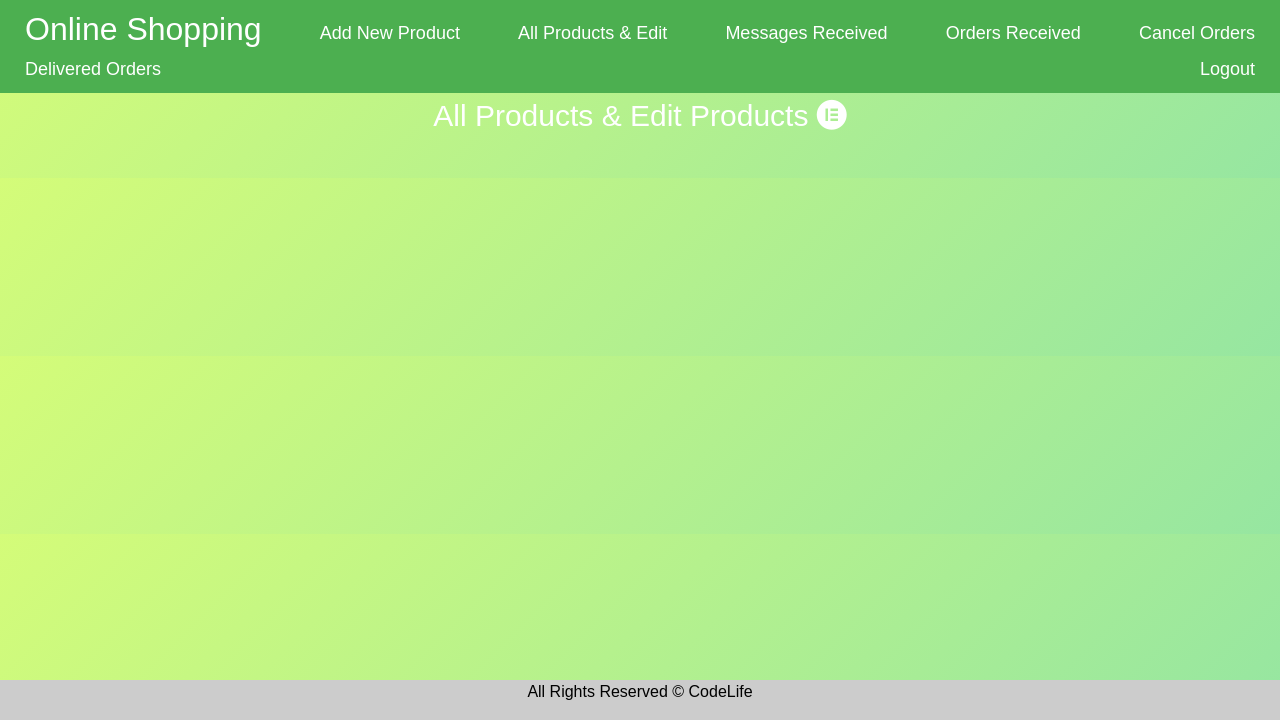
Repository: Dineshbabu290904/DigiMart
Page: http://localhost/DigiMart/admin/allProductEditProduct.jsp
The author's editor kept a copy of each file at every save. The page is drawn from the files as they stood at one save, then again after the next save.
The browser window is 1280 px wide. The pictures show the whole page.
Some web libraries are served in a nearby version. The page is served by Tomcat 9. Other server files are loaded and not shown. Queries for data that is not in the repository find no rows.

Above is the page before, as saved 2024-10-16 16:15:39.

### DigiMart/src/main/webapp/admin/allProductEditProduct.jsp
<%@ page import="com.digimart.project.ConnectionProvider" %>
<%@ page import="java.sql.*" %>
<%@ include file="adminHeader.jsp" %>
<%@ page import="java.util.Base64" %>

<!DOCTYPE html PUBLIC "-//W3C//DTD HTML 4.01 Transitional//EN" "http://www.w3.org/TR/html4/loose.dtd">
<html>
<head>
<meta http-equiv="Content-Type" content="text/html; charset=ISO-8859-1">
<title>Home</title>
<style>
    body {
        font-family: Arial, sans-serif;
        background-color: #333;
        color: white;
    }

    h3 {
        color: yellow;
        text-align: center;
    }

    .container {
        display: flex;
        flex-wrap: wrap;
        justify-content: center;
        gap: 20px;
        padding: 20px;
    }

    .card {
        background-color: #444;
        border-radius: 10px;
        box-shadow: 0 4px 8px rgba(0, 0, 0, 0.2);
        width: 300px;
        padding: 20px;
        text-align: center;
        transition: transform 0.3s;
    }

    .card:hover {
        transform: scale(1.05);
    }

    .card img {
        width: 100%;
        height: auto;
        border-radius: 5px;
    }

    .card h4 {
        color: #FFD700;
    }

    .card p {
        color: #ccc;
        margin: 10px 0;
    }

    .edit-btn {
        background-color: #28a745;
        color: white;
        padding: 10px 15px;
        border: none;
        border-radius: 5px;
        text-decoration: none;
        display: inline-block;
        transition: background-color 0.3s;
    }

    .edit-btn:hover {
        background-color: #218838;
    }

    .price {
        font-size: 20px;
        color: #FFD700;
    }

    .msg {
        text-align: center;
        margin: 20px;
    }
</style>
</head>
<body>
<div style="color: white; text-align: center; font-size: 30px;">All Products & Edit Products <i class='fab fa-elementor'></i></div>

<% String msg = request.getParameter("msg"); %>
<% if (msg != null) { %>
    <h3 class="alert" style="color: <%=(msg.equals("done") ? "green" : "red")%>;">
        <% if (msg.equals("done")) { %>
            Product Updated Successfully!
        <% } else { %>
            Something went wrong! Try Again!
        <% } %>
    </h3>
<% } %>

<div class="container">
    <%
        try {
            Connection con = ConnectionProvider.getCon();
            Statement stmt = con.createStatement();
            ResultSet rs = stmt.executeQuery("SELECT * FROM PRODUCTS");
            while (rs.next()) {
    %>
    <div class="card">
        <img src="data:[embedded picture, 72 characters]"image")) %>" alt="Product Image">
        <h4><%= rs.getString("name") %></h4>
        <p><strong>Category:</strong> <%= rs.getString("category") %></p>
        <p><strong>Description:</strong> <%= rs.getString("description") %></p>
        <p><strong>Available Quantity:</strong> <%= rs.getBigDecimal("available_qty") %> <%= rs.getString("unit") %></p>
        <p class="price"><i class="fa fa-inr"></i> <%= rs.getBigDecimal("price_per_unit") %></p>
        <p><strong>Status:</strong> <%= rs.getString("status") %></p>
        <p><strong>Date Listed:</strong> <%= rs.getTimestamp("date_listed") %></p>
        <a href="editProduct.jsp?product_id=<%= rs.getInt("product_id") %>" class="edit-btn">Edit <i class='fas fa-pen-fancy'></i></a>
        <a href="changePhoto.jsp?product_id=<%= rs.getInt("product_id") %>" class="edit-btn">Change Photo</a>
    </div>
    <%
            }
        } catch (Exception e) {
            e.printStackTrace();
        }
    %>
</div>


</body>
<%@ include file="../footer.jsp" %>
</html>

### DigiMart/src/main/webapp/admin/adminHeader.jsp
<%@page errorPage="../error.jsp" %>
<!DOCTYPE html>
<html lang="en">
<head>
    <meta charset="UTF-8">
    <meta name="viewport" content="width=device-width, initial-scale=1.0">
    <link rel="stylesheet" href="../css/home-style.css">
    <link rel="stylesheet" href="https://cdnjs.cloudflare.com/ajax/libs/font-awesome/4.7.0/css/font-awesome.min.css">
    <link rel="stylesheet" href="https://stackpath.bootstrapcdn.com/bootstrap/4.5.2/css/bootstrap.min.css">
    <script src='https://kit.fontawesome.com/a076d05399.js'></script>
    <style>
        body {
            background: linear-gradient(135deg, #d4fc79 0%, #96e6a1 100%); /* Light green gradient */
        }
        .navbar {
            background-color: #4caf50; /* Green background for navbar */
            padding: 10px; /* Padding around navbar */
        }
        .navbar a {
            color: white; /* White text for links */
            margin: 0 15px; /* Spacing between links */
            text-decoration: none; /* Remove underline */
            font-size: 18px; /* Larger font size */
        }
        .navbar a:hover {
            text-decoration: underline; /* Underline on hover */
        }
        h1 {
            color: #2c6fbb; /* Cool blue for headings */
            text-shadow: 2px 2px 4px rgba(0, 0, 0, 0.5); /* Subtle shadow for depth */
        }
    </style>
</head>
<body>
    <nav class="navbar">
        <a href="adminHome.jsp"><h2>Online Shopping</h2></a>
        <a href="addNewProduct.jsp">Add New Product</a>
        <a href="allProductEditProduct.jsp">All Products & Edit</a>
        <a href="messagesReceived.jsp">Messages Received</a>
        <a href="ordersReceived.jsp">Orders Received</a>
        <a href="cancelOrders.jsp">Cancel Orders</a>
        <a href="deliveredOrders.jsp">Delivered Orders</a>
        <a href="../logout.jsp">Logout</a>
    </nav>
</body>
</html>

### DigiMart/src/main/webapp/footer.jsp
<div class="footer">
    <p>All Rights Reserved &copy; CodeLife</p>
</div>

### DigiMart/src/main/java/com/digimart/project/ConnectionProvider.java
package com.digimart.project;

import java.sql.*;

public class ConnectionProvider {
	public static Connection getCon() {
		try {
			Class.forName("com.mysql.cj.jdbc.Driver");
			Connection con = DriverManager.getConnection("jdbc:mysql://localhost:3306/DB","root","Dinesh@2004");
			return con;
		} catch(Exception e) {
			System.out.print(e);
			return null;
		}
	}
}

### DigiMart/src/main/webapp/css/home-style.css
    body {
  font-family: "Open Sans", sans-serif;
  line-height: 1.25;
  background-color: green;
}
a
{
	text-decoration: none;
}
.sticky {
  position: -webkit-sticky;
  position: sticky;
  top: 0;
}

table {
  border: 1px solid #ccc;
  border-collapse: collapse;
  margin: 0;
  padding: 0;
  width: 100%;
  /*margin-left: 5%;*/
  table-layout: fixed;
}

table caption {
  font-size: 1.5em;
  margin: .5em 0 .75em;
}

table tr {
  background-color: #f8f8f8;
  border: 1px solid #ddd;
  padding: .35em;
}

table th,
table td {
  padding: .625em;
  text-align: center;
}

table th {
  font-size: .85em;
  letter-spacing: .1em;
  text-transform: uppercase;
}

@media screen and (max-width: 600px) {
  table {
    border: 0;
  }

  table caption {
    font-size: 1.3em;
  }

  table thead {
    border: none;
    clip: rect(0 0 0 0);
    height: 1px;
    margin: -1px;
    overflow: hidden;
    padding: 0;
    position: absolute;
    width: 1px;
  }

  table tr {
    border-bottom: 3px solid #ddd;
    display: block;
    margin-bottom: .625em;
  }

  table td {
    border-bottom: 1px solid #ddd;
    display: block;
    font-size: .8em;
    text-align: right;
  }

  table td::before {
    /*
    * aria-label has no advantage, it won't be read inside a table
    content: attr(aria-label);
    */
    content: attr(data-label);
    float: left;
    font-weight: bold;
    text-transform: uppercase;
  }

  table td:last-child {
    border-bottom: 0;
  }
}

/*Header Css*/
* {box-sizing: border-box;}

    body {
      margin: 0;
      font-family: Arial, Helvetica, sans-serif;
    }

    .topnav {
      overflow: hidden;
      background-color: #e9e9e9;
    }

    .topnav a {
      float: left;
      display: block;
      color: black;
      text-align: center;
      padding: 14px 16px;
      text-decoration: none;
      font-size: 17px;
    }

    .topnav a:hover {
      background-color: #ddd;
      color: black;
    }

    .topnav a.active {
      background-color: green;
      color: white;
    }

    .topnav .search-container {
      float: right;
    }

    .topnav input[type=text] {
      padding: 6px;
      margin-top: 8px;
      font-size: 17px;
      border: none;
    }

    .topnav .search-container button {
      float: right;
      padding: 6px 10px;
      margin-top: 8px;
      margin-right: 16px;
      background: #ddd;
      font-size: 17px;
      border: none;
      cursor: pointer;
    }

    .topnav .search-container button:hover {
      background: #ccc;
    }

    @media screen and (max-width: 600px) {
      .topnav .search-container {
        float: none;
      }
      .topnav a, .topnav input[type=text], .topnav .search-container button {
        float: none;
        display: block;
        text-align: left;
        width: 100%;
        margin: 0;
        padding: 14px;
      }
      .topnav input[type=text] {
        border: 1px solid #ccc;
      }

    }
/*footer*/
.footer {
   position: fixed;
   left: 0;
   bottom: 0;
   width: 100%;
   background-color:#ccc;
   color:black;
   text-align: center;
}

.h2222 {
  width: 100%;
  padding: 12px 20px;
  margin: 8px 0;
  box-sizing: border-box;
  border: none;
  background-color: #3CBC8D;
  color: white;
}

After the next save:
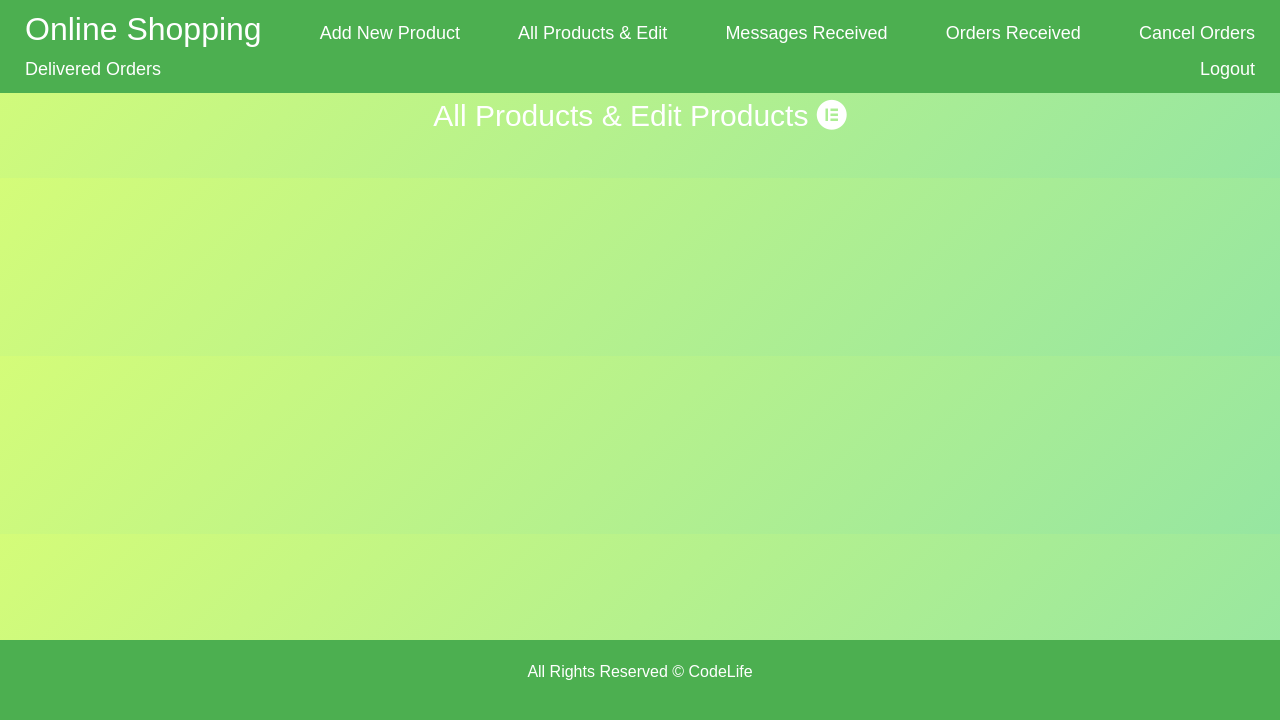
Saved 31 s later.
--- a/DigiMart/src/main/webapp/admin/allProductEditProduct.jsp
+++ b/DigiMart/src/main/webapp/admin/allProductEditProduct.jsp
@@ -81,6 +81,14 @@
         text-align: center;
         margin: 20px;
     }
+    .footer {
+	    background-color: #4caf50; /* Same green as navbar */
+	    color: white; /* White text */
+	    text-align: center; /* Center text */
+	    padding: 20px; /* Padding around footer */
+	    margin-top: auto; /* Push footer to the bottom */
+	    width: 100%; /* Full width */
+	}
 </style>
 </head>
 <body>
